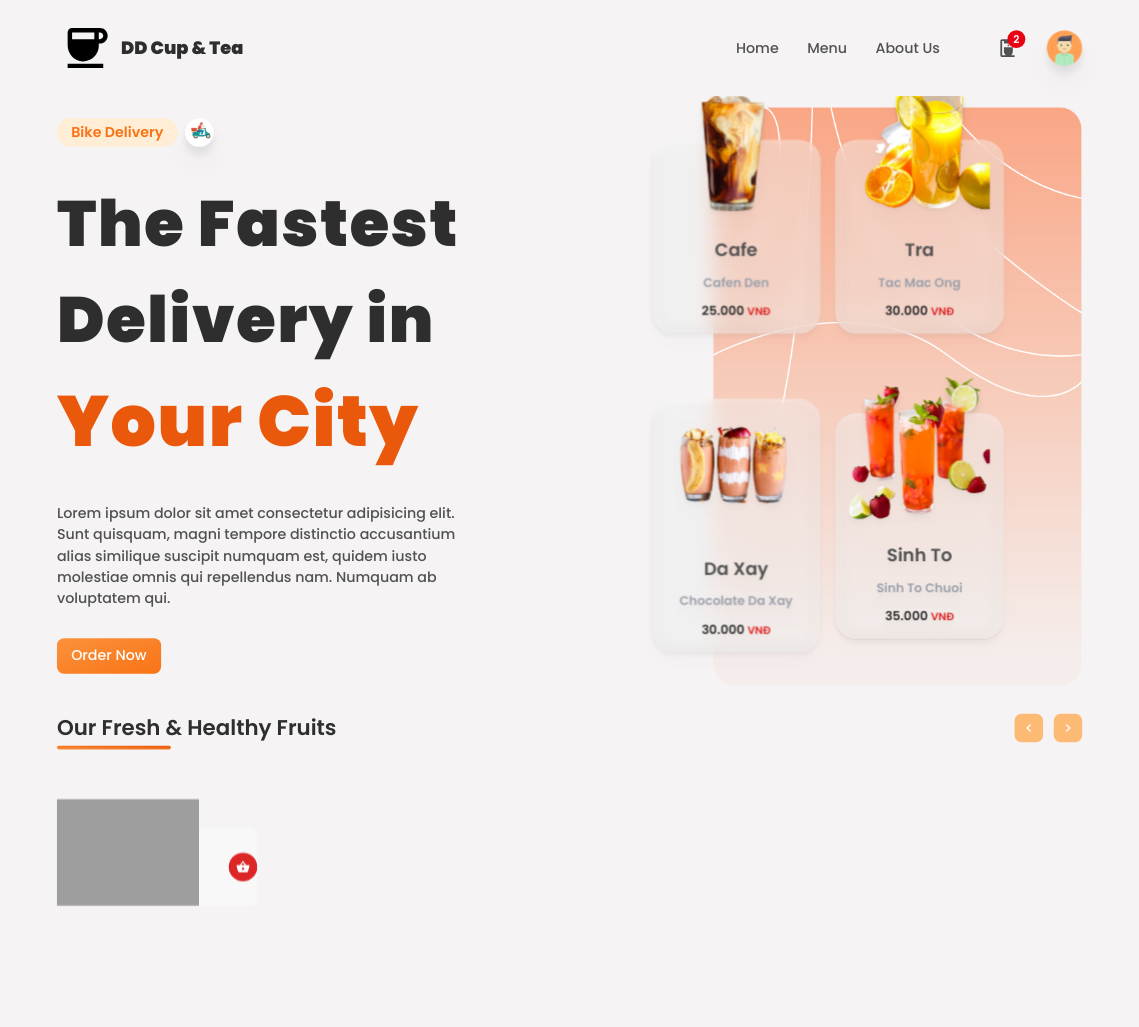
Repository: duongspm/ddcoffee
Page: /
The author's editor kept a copy of each file at every save. The page is drawn from the files as they stood at one save, then again after the next save.
The browser window is 1280 px wide. The pictures show the whole page, at 89% of full size.
The page's requests for data from a server got no answer. The project was rebuilt for these pictures with package versions that can differ from the ones it lists, and the page was loaded fresh each time. No one was signed in, and anything a server would have sent is missing. Also part of the build but not shown: src/App.css, src/components/Loader.jsx, src/components/CreateContainer.jsx.

Above is the page before, as saved 2022-07-13 19:52:55.

After the next save:
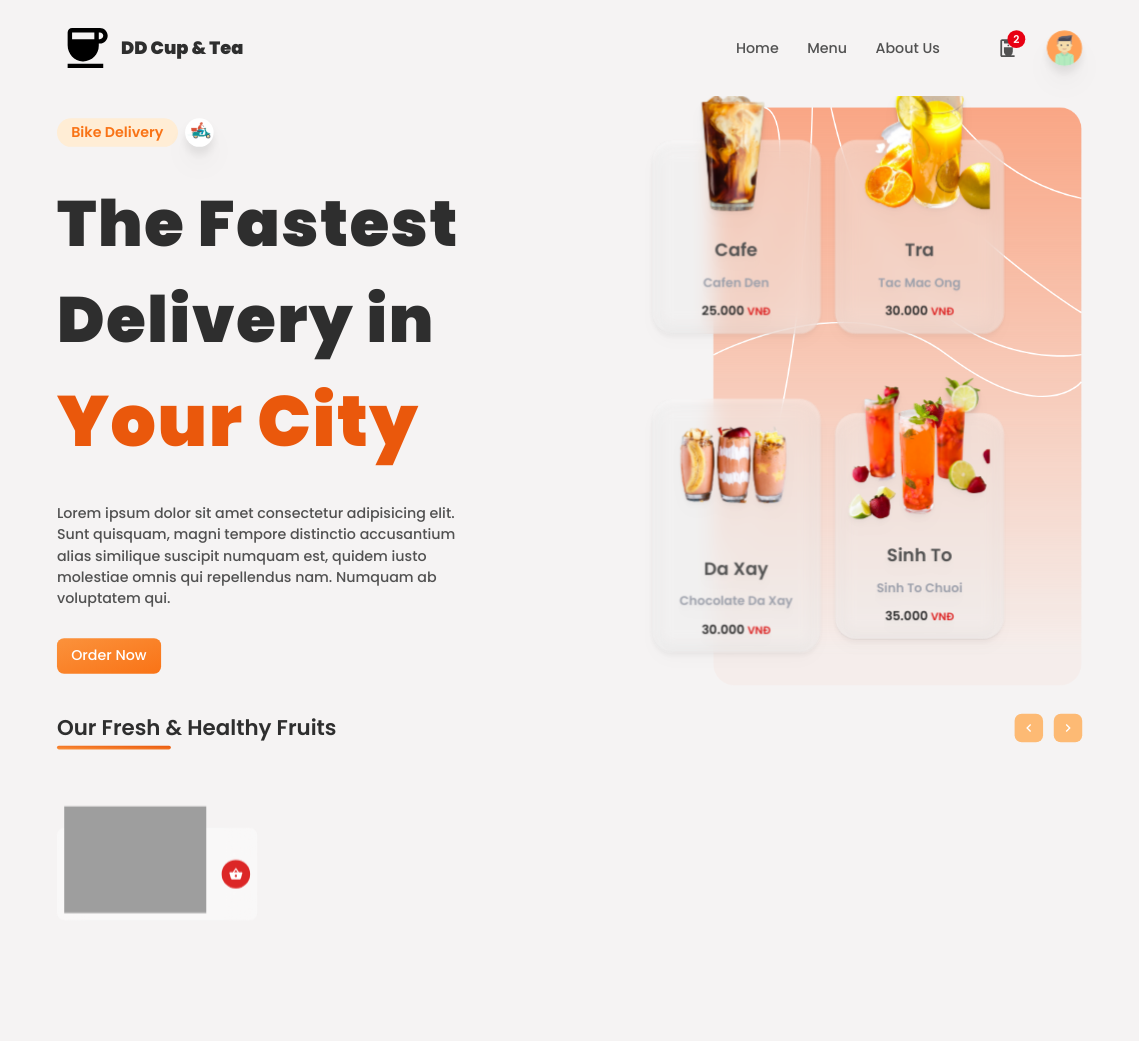
Saved 12 s later.
--- a/src/components/RowContainer.jsx
+++ b/src/components/RowContainer.jsx
@@ -5,7 +5,7 @@ import {motion} from 'framer-motion';
 const RowContainer = ({flag}) => {
     return (
         <div className={`w-full my-12 ${flag ? "overflow-x-scroll" : "overflow-x-hidden"}`}>
-            <div className='w-300 md:w-225 h-auto bg-cardOverlay rounded-lg my-12 backdrop-blur-lg'>
+            <div className='w-300 md:w-225 h-auto bg-cardOverlay rounded-lg p-2 my-12 backdrop-blur-lg'>
                 <div className='w-full flex items-center justify-between'>
                     <motion.img whileHover={{scale:1.2}} className='w-40 -mt-8' alt="addtocart" src='http://localhost:3000/static/media/bacxiu.4e050beccc5ca9bcfce2.png'/>
                     <motion.div whileTap={{scale: 0.75}} className="w-8 h-8 rounded-full bg-red-600 flex items-center justify-center cursor-pointer hover:shadow-md">
